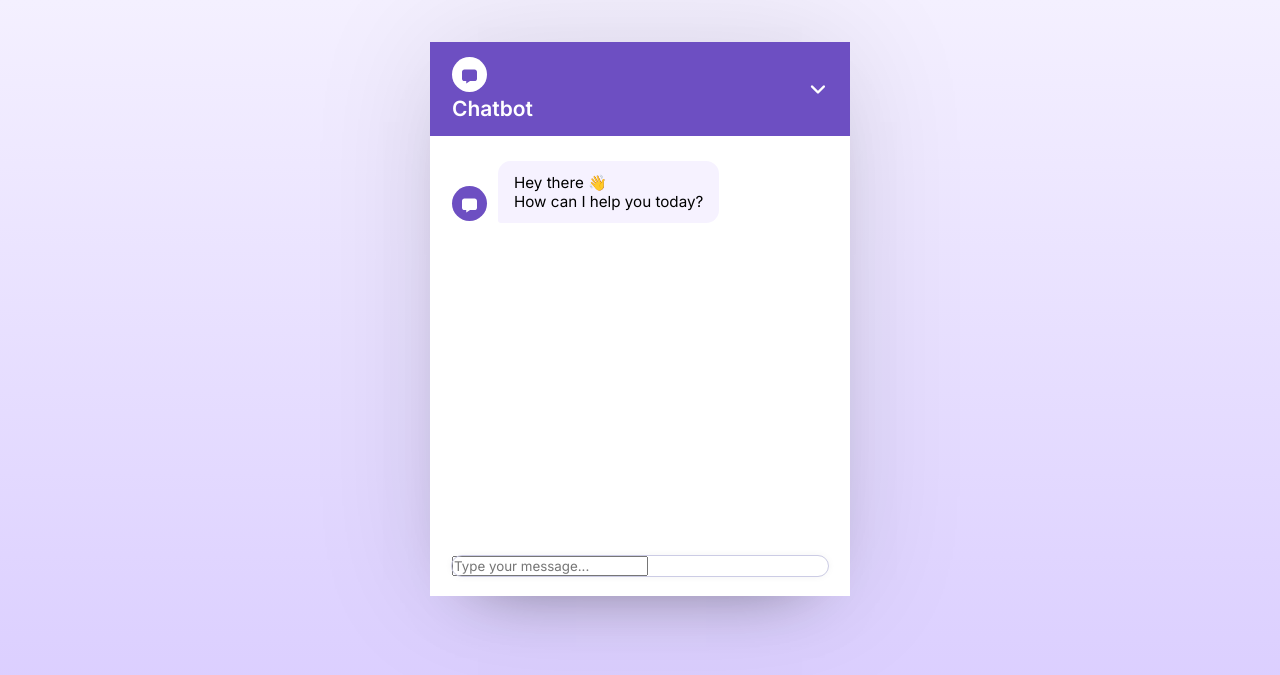
Repository: gogg23/chatbot
Page: / (app in chatbot/)
The author's editor kept a copy of each file at every save. The page is drawn from the files as they stood at one save, then again after the next save.
The browser window is 1280 px wide. The pictures show the whole page.
The project was rebuilt for these pictures with package versions that can differ from the ones it lists, and the page was loaded fresh each time. Also part of the build but not shown: chatbot/vite.config.js.

Above is the page before, as saved 2025-01-28 16:36:12.

### chatbot/index.html
<!DOCTYPE html>
<html lang="en">
  <head>
    <meta charset="UTF-8" />
    <link rel="icon" type="image/svg+xml" href="/vite.svg" />
    <meta name="viewport" content="width=device-width, initial-scale=1.0" />
    <title>Chatbot in ReactJS</title>
    <!--Linking google Fonts for Icons-->
    <link
      href="https://fonts.googleapis.com/css2?family=Material+Symbols+Rounded"
      rel="stylesheet"
    />
  </head>
  <body>
    <div id="root"></div>
    <script type="module" src="/src/main.jsx"></script>
  </body>
</html>

### chatbot/src/index.css
/*Importing Google Fonts - Inter*/
@import url('https://fonts.googleapis.com/css2?family=Inter:ital,opsz,wght@0,14..32,100..900;1,14..32,100..900&display=swap');

* {
  margin: 0;
  padding: 0;
  box-sizing: border-box;
  font-family: 'Inter', sans-serif;
}

body {
  width: 100%;
  display: flex;
  align-items: center;
  justify-content: center;
  min-height: 100vh;
  background: linear-gradient(#f4f0ff, #dacdff);
}

.chatbot-popup {
  position: relative;
  width: 420px;
  background: #fff;
  border-radius: 15px;
  box-shadow: 0 0 128px 0 rgba(0, 0, 0, 0.1),
    0 32px 64px -48px rgba(0, 0, 0, 0.5);
}

.chatbot-popup .chat-header {
  display: flex;
  padding: 15px 22px;
  align-items: center;
  justify-content: space-between;
  background: #6d4fc2;
}

.chatbot-header .header-info {
  display: flex;
  gap: 10px;
  align-items: center;
}

.header-info svg {
  height: 35px;
  width: 35px;
  padding: 6px;
  flex-shrink: 0;
  fill: #6d4fc2;
  background: #fff;
  border-radius: 50%;
}

.header-info .logo-text {
  color: #fff;
  font-size: 1.31rem;
  font-weight: 600;
}

.chat-header button {
  height: 40px;
  width: 40px;
  border: none;
  outline: none;
  color: #fff;
  cursor: pointer;
  font-size: 1.9rem;
  padding-top: 2px;
  border-radius: 50%;
  margin-right: -10px;
  background: none;
  transition: 0.2s ease;
}
.chat-header button:hover {
  background: #593bab;
}
.chat-body {
  display: flex;
  flex-direction: column;
  gap: 20px;
  padding: 25px 22px;
  height: 460px;
  margin-bottom: 82px;
  overflow-y: auto;
  padding: 25px 22px;
}

.chat-body .message {
  display: flex;
  gap: 11px;
  align-items: center;
}

.chat-body .bot-message svg {
  height: 35px;
  width: 35px;
  padding: 6px;
  flex-shrink: 0;
  fill: #fff;
  align-self: flex-end;
  margin-bottom: 2px;
  background: #6d4fc2;
  border-radius: 50%;
}

.chat-body .message .message-text {
  padding: 12px 16px;
  max-width: 75%;
  background: #6d4fc2;
  word-wrap: break-word;
  white-space: pre-line;
  font-size: 0.95rem;
}

.chat-body .bot-message .message-text {
  background: #f6f2ff;
  border-radius: 13px 13px 13px 3px;
}

.chat-body .user-message {
  flex-direction: column;
  align-items: flex-end;
}

.chat-body .user-message .message-text {
  color: #fff;
  background: #6d4fc2;
  border-radius: 13px 13px 3px 13px;
}

.chat-footer {
  position: absolute;
  bottom: 0;
  width: 100%;
  background: #fff;
  padding: 15px 22px 20px;
}

.chat-footer .chat-form {
  display: flex;
  align-items: center;
  background: #fff;
  border-radius: 32px;
  outline: 1px solid #cccce5;
  box-shadow: 0 0 8px rgba(0, 0, 0, 0.06);
}

.chat-footer .chat-form:focus-within {
  outline: 2px solid #6d4fc2;
}

.chat-form .message-input {
  border: none;
  outline: none;
  width: 100%;
  background: none;
  height: 47px;
  padding: 0 17px;
  font-size: 0.95rem;
}

.chat-form button {
  height: 35px;
  width: 35px;
  border: none;
  display: none;
  outline: none;
  cursor: pointer;
  font-size: 1.15rem;
  color: #fff;
  flex-shrink: 0;
  margin-right: 6px;
  border-radius: 50%; /* Ensures round edges */
  background: #6d4fc2;
  transition: 0.2s ease;
}
.chat-form button:hover {
  background: #593bab;
}

.chat-form .message-input:valid ~ button {
  display: block;
}

### chatbot/src/App.jsx
import { useState } from 'react';
import ChatbotIcon from './components/ChatbotIcon';
import ChartForm from './components/ChartForm';

const App = () => {
  const [chatHistory, setChatHistory] = useState([]);
  return (
    <div className='container'>
      <div className='chatbot-popup'>
        {/*Chatbot Header*/}
        <div className='chat-header'>
          <div className='header-info'>
            <ChatbotIcon />
            <h2 className='logo-text'>Chatbot</h2>
          </div>
          <button className='material-symbols-rounded'>
            keyboard_arrow_down
          </button>
        </div>
        {/*Chatbot Body*/}
        <div className='chat-body'>
          <div className='message bot-message'>
            <ChatbotIcon />
            <p className='message-text'>
              Hey there 👋
              <br />
              How can I help you today?
            </p>
          </div>
          {/*Render the chat history dynamically*/}
          {chatHistory.map((chat, index) => (
            <ChatMessage key={index} chat={chat} />
          ))}
        </div>
        {/*Chatbot Footer*/}
        <div className='chat-footer'>
          <ChartForm setChatHistory={setChatHistory} />
        </div>
      </div>
    </div>
  );
};

export default App;

### chatbot/src/components/ChatbotIcon.jsx
const ChatbotIcon = () => {
  return (
    <svg
      xmlns='http://www.w3.org/2000/svg'
      width='50'
      height='50'
      viewBox='0 0 1024 1024'
    >
      <path
        d='M738.3 287.6H285.7c-59 0-106.8
      47.8-106.8 106.8v303.1c0 59 47.8 106.8 106.8 106.8h81.5v111.1c0
      .7.8 1.1 1.4.7l166.9-110.6 41.8-.8h117.4l43.6-.4c59
      0 106.8-47.8 106.8-106.8V394.5c0-59-47.8-106.9-106.8-106.9zM351
      .7 448.2c0-29.5 23.9-53.5 53.5-53.5s53.5 23.9 53.5 53.5-23.9
      53.5-53.5 53.5-53.5-23.9-53.5-53.5zm157.9 267.1c-67.8 0-123.8-47
      .5-132.3-109h264.6c-8.6 61.5-64.5 109-132.3 109zm110-213.7c-29.5
      0-53.5-23.9-53.5-53.5s23.9-53.5 53.5-53.5 53.5 23.9 53.5 53.5-23.9
      53.5-53.5 53.5zM867.2 644.5V453.1h26.5c19.4 0 35.1 15.7 35.1 35.1v121.1c0
      19.4-15.7 35.1-35.1 35.1h-26.5zM95.2 609.4V488.2c0-19.4 15.7-35.1
      35.1-35.1h26.5v191.3h-26.5c-19.4 0-35.1-15.7-35.1-35.1zM561.5 149.6c0 23.4-15.6
      43.3-36.9 49.7v44.9h-30v-44.9c-21.4-6.5-36.9-26.3-36.9-49.7 0-28.6 23.3-51.9 51.9-51.9s51.9
      23.3 51.9 51.9z'
      />
    </svg>
  );
};

export default ChatbotIcon;

### chatbot/src/components/Chartform.jsx
import React, { useState } from 'react';

const ChartForm = ({ setChatHistory }) => {
  const [input, setInput] = useState('');

  const handleSubmit = (e) => {
    e.preventDefault();
    if (input.trim()) {
      setChatHistory((prev) => [...prev, { role: 'user', content: input }]);
      setInput(''); // Clear the input
    }
  };

  return (
    <form onSubmit={handleSubmit} className='chat-form'>
      <input
        type='text'
        placeholder='Type your message...'
        value={input}
        onChange={(e) => setInput(e.target.value)}
      />
      <button type='submit'>Send</button>
    </form>
  );
};

export default ChartForm;

Loaded but not shown: chatbot/src/main.jsx (common file)

After the next save:
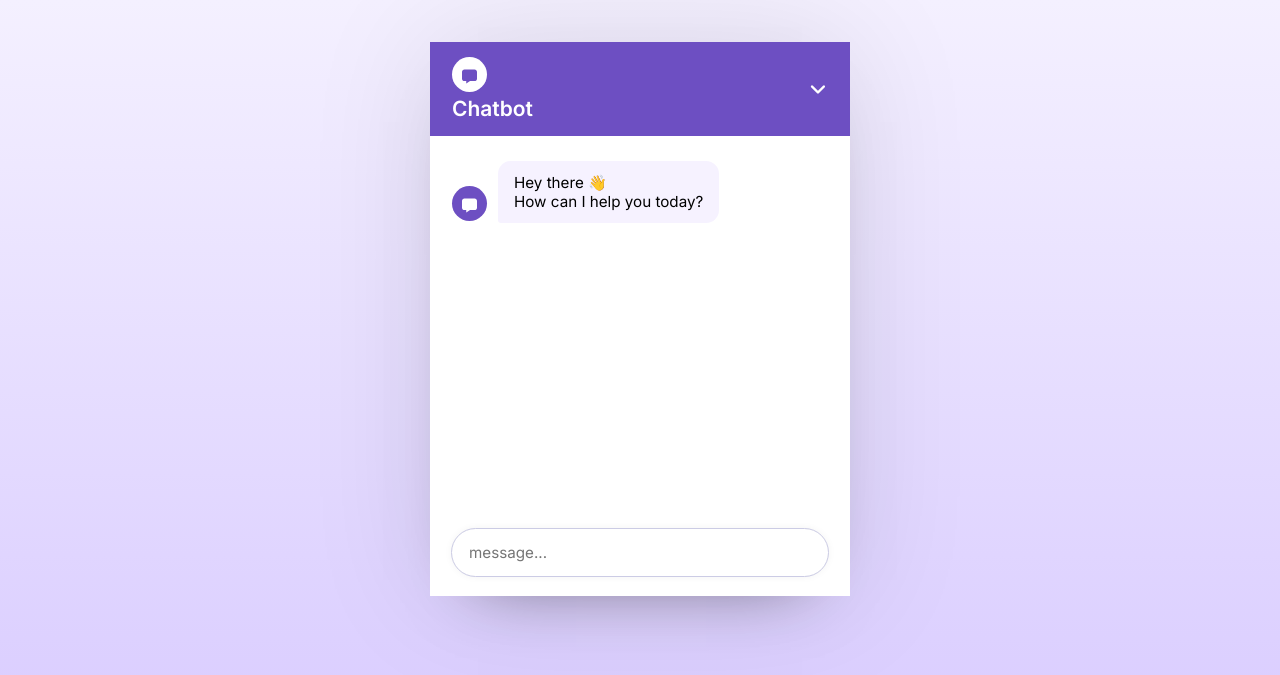
Saved 60 s later.
--- a/chatbot/src/components/Chartform.jsx
+++ b/chatbot/src/components/Chartform.jsx
@@ -1,25 +1,42 @@
-import React, { useState } from 'react';
+import React, { useRef } from 'react';
 
 const ChartForm = ({ setChatHistory }) => {
-  const [input, setInput] = useState('');
+  const inputRef = useRef();
 
-  const handleSubmit = (e) => {
+  const handleFormSubmit = (e) => {
     e.preventDefault();
-    if (input.trim()) {
-      setChatHistory((prev) => [...prev, { role: 'user', content: input }]);
-      setInput(''); // Clear the input
-    }
+    const userMessage = inputRef.current.value.trim();
+    if (!userMessage) return;
+    inputRef.current.value = '';
+
+    //update chat history with the user's message
+
+    setChatHistory((history) => [
+      ...history,
+      { role: 'user', text: userMessage },
+    ]);
+
+    //Add a "Thinking..." placeholder message for the bot's response
+
+    setTimeout(
+      () =>
+        setChatHistory((history) => [
+          ...history,
+          { role: 'model', text: 'Thinking...' },
+        ]),
+      600
+    );
   };
-
   return (
-    <form onSubmit={handleSubmit} className='chat-form'>
+    <form action='#' className='chat-form' onSubmit={handleFormSubmit}>
       <input
+        ref={inputRef}
         type='text'
-        placeholder='Type your message...'
-        value={input}
-        onChange={(e) => setInput(e.target.value)}
+        placeholder='message...'
+        className='message-input'
+        required
       />
-      <button type='submit'>Send</button>
+      <button className='material-symbols-rounded'>arrow_upward</button>
     </form>
   );
 };
